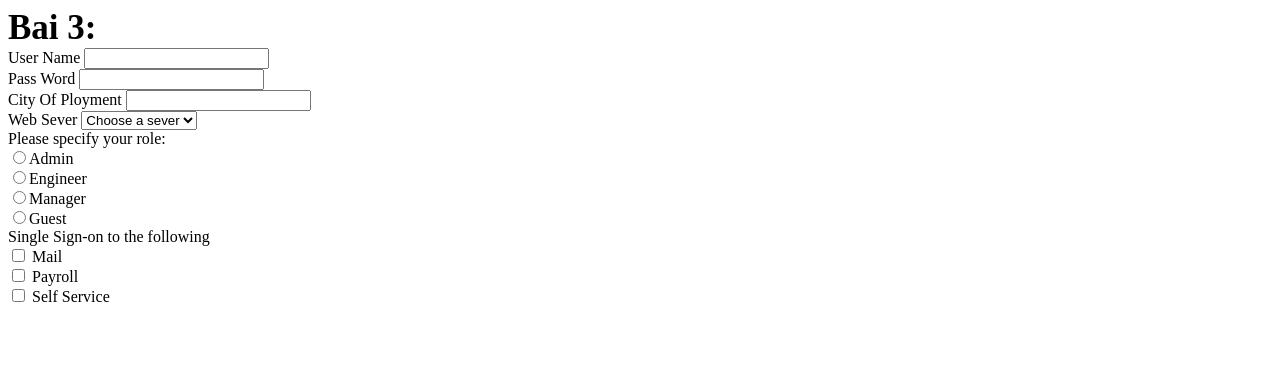
Repository: truongtn04/f8-fullstack-k5
Page: day03/ex03.html
The author's editor kept a copy of each file at every save. The page is drawn from the files as they stood at one save, then again after the next save.
The browser window is 1280 px wide. The pictures show the whole page.

Above is the page before, as saved 2023-11-27 11:45:49.

### day03/ex03.html
<!DOCTYPE html>
<html lang="en">
<head>
    <meta charset="UTF-8">
    <meta name="viewport" content="width=device-width, initial-scale=1.0">
    <title>Document</title>
    <link rel="stylesheet" href="css/ex03.css">
</head>
<body>
    <b>Bai 3:</b>
    <form action="">
        <div class="form-item">
            <label for="name">User Name</label>
            <input type="text" required id="name">
        </div>
        <div class="form-item">
            <label for="password">Pass Word</label>
            <input type="password" id="password" required>
        </div>
        <div class="form-item">
            <label for="city">City Of Ployment</label>
            <input type="text" id="city" required>
        </div>
        <div class="form-item">
            <label for="sever">Web Sever</label>
            <select name="" id="sever">
                <option value="1">Choose a sever</option>
                <option value="2">1</option>
                <option value="3">2</option>
                <option value="4">3</option>
            </select>
        </div>
        <div class="form-item">
            <label>Please specify your role:
            </label>
            <div class="form-item__list">
                <div class="form-item__option">
                    <label><input type="radio">Admin</label>
                </div>
                <div class="form-item__option">
                    <label>
                        <input type="radio">Engineer
                    </label>
                </div>
                <div class="form-item__option">
                    <label>
                        <input type="radio">Manager
                    </label>
                </div>
                <div class="form-item__option">
                    <label>
                        <input type="radio">Guest
                    </label>
                </div>
            </div>
        </div>
        <div class="form-item">
            <label>Single Sign-on to the following</label>
            <div class="form-item__list">
                <div class="form-item__select">
                    <label>
                        <input type="checkbox">
                        <span>Mail</span>
                    </label>
                </div>
                <div class="form-item__select">
                    <label>
                        <input type="checkbox">
                        <span>Payroll</span>
                    </label>
                </div>
                <div class="form-item__select">
                    <label>
                        <input type="checkbox">
                        <span>Self Service</span>
                    </label>
                </div>
            </div>
        </div>
    </form>
</body>
</html>

### day03/css/ex03.css
b{
    font-size: 35px;
}

After the next save:
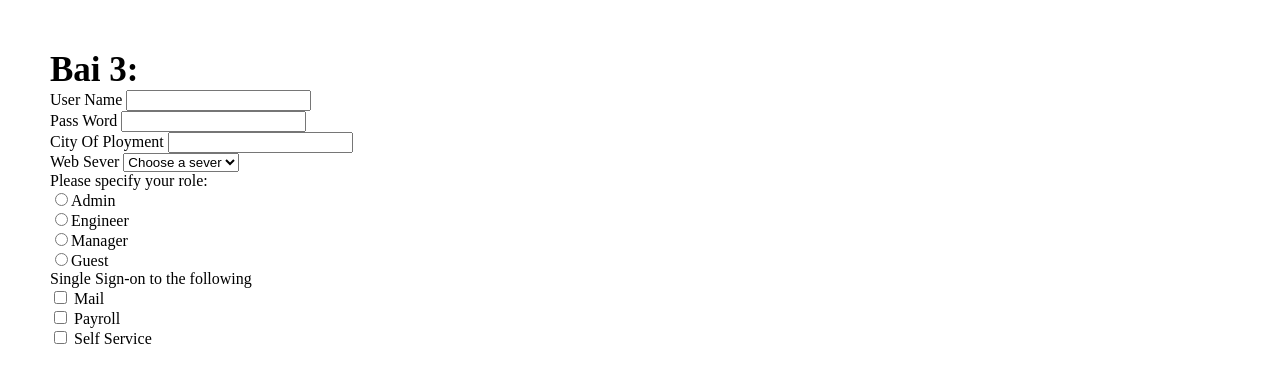
Saved 37 s later.
--- a/day03/css/ex03.css
+++ b/day03/css/ex03.css
@@ -1,3 +1,6 @@
+body{
+    margin: 50px 50px;
+}
 b{
     font-size: 35px;
 }
